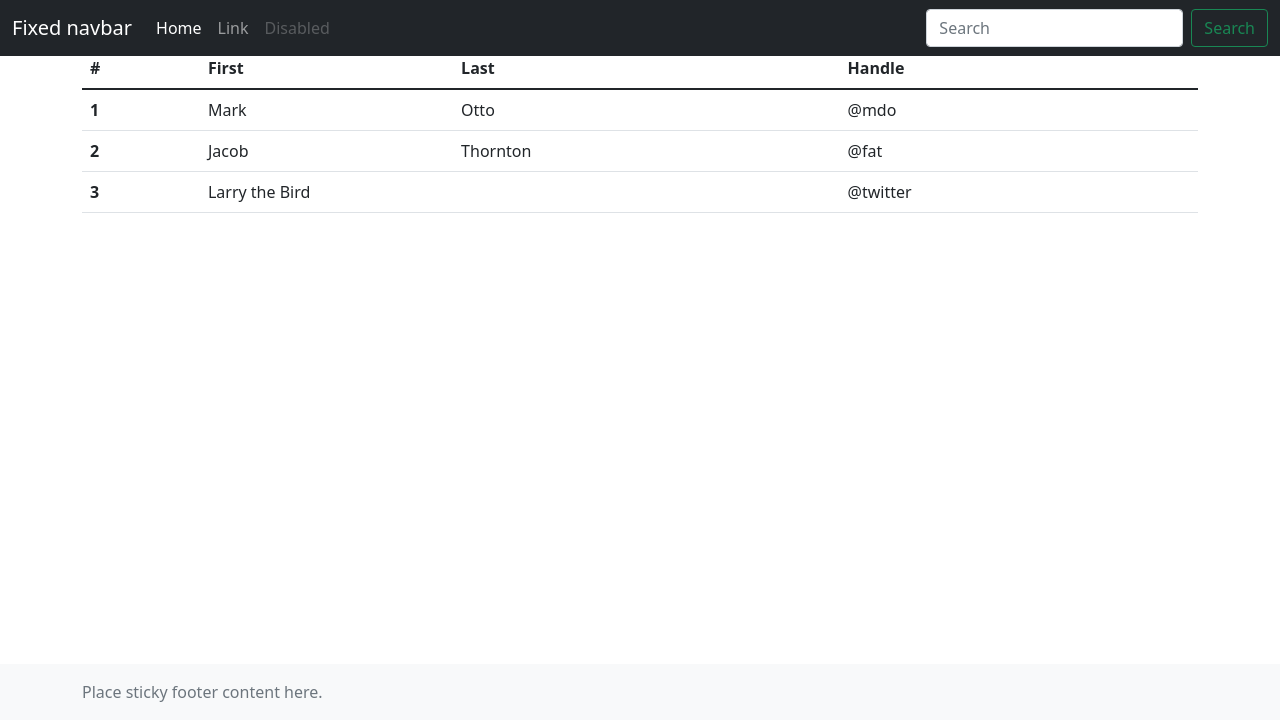
Repository: owuraku/laravel-class-dbc-26-1
Page: resources/views/courses/list.blade.php
The author's editor kept a copy of each file at every save. The page is drawn from the files as they stood at one save, then again after the next save.
The browser window is 1280 px wide. The pictures show the whole page.
The page is served by the project's Laravel application, run on PHP 8.4 with Laravel 8. The template is opened directly, without the code that normally fills it, so the values that code supplies are empty.

Above is the page before, as saved 2022-02-03 13:05:44.

After the next save:
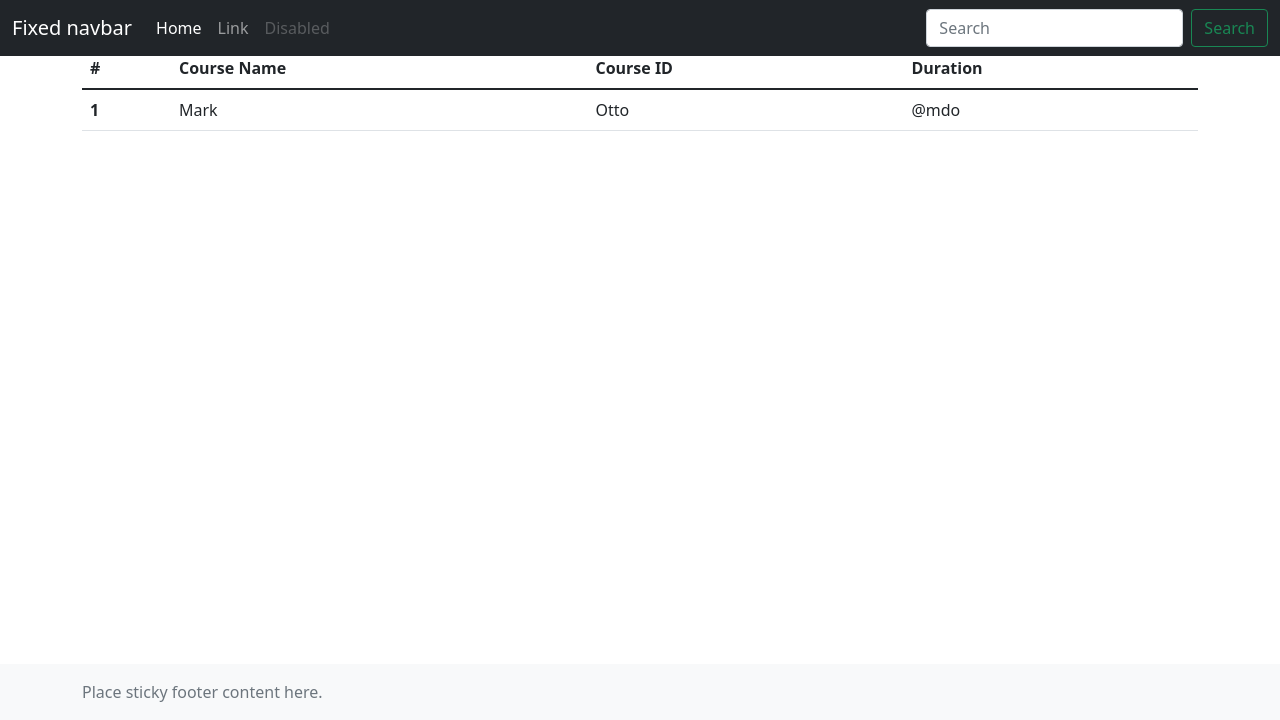
Saved 41 s later.
--- a/resources/views/courses/list.blade.php
+++ b/resources/views/courses/list.blade.php
@@ -7,9 +7,9 @@
   <thead>
     <tr>
       <th scope="col">#</th>
-      <th scope="col">First</th>
-      <th scope="col">Last</th>
-      <th scope="col">Handle</th>
+      <th scope="col">Course Name</th>
+      <th scope="col">Course ID</th>
+      <th scope="col">Duration</th>
     </tr>
   </thead>
   <tbody>
@@ -19,17 +19,6 @@
       <td>Otto</td>
       <td>@mdo</td>
     </tr>
-    <tr>
-      <th scope="row">2</th>
-      <td>Jacob</td>
-      <td>Thornton</td>
-      <td>@fat</td>
-    </tr>
-    <tr>
-      <th scope="row">3</th>
-      <td colspan="2">Larry the Bird</td>
-      <td>@twitter</td>
-    </tr>
   </tbody>
 </table>
 @endsection
